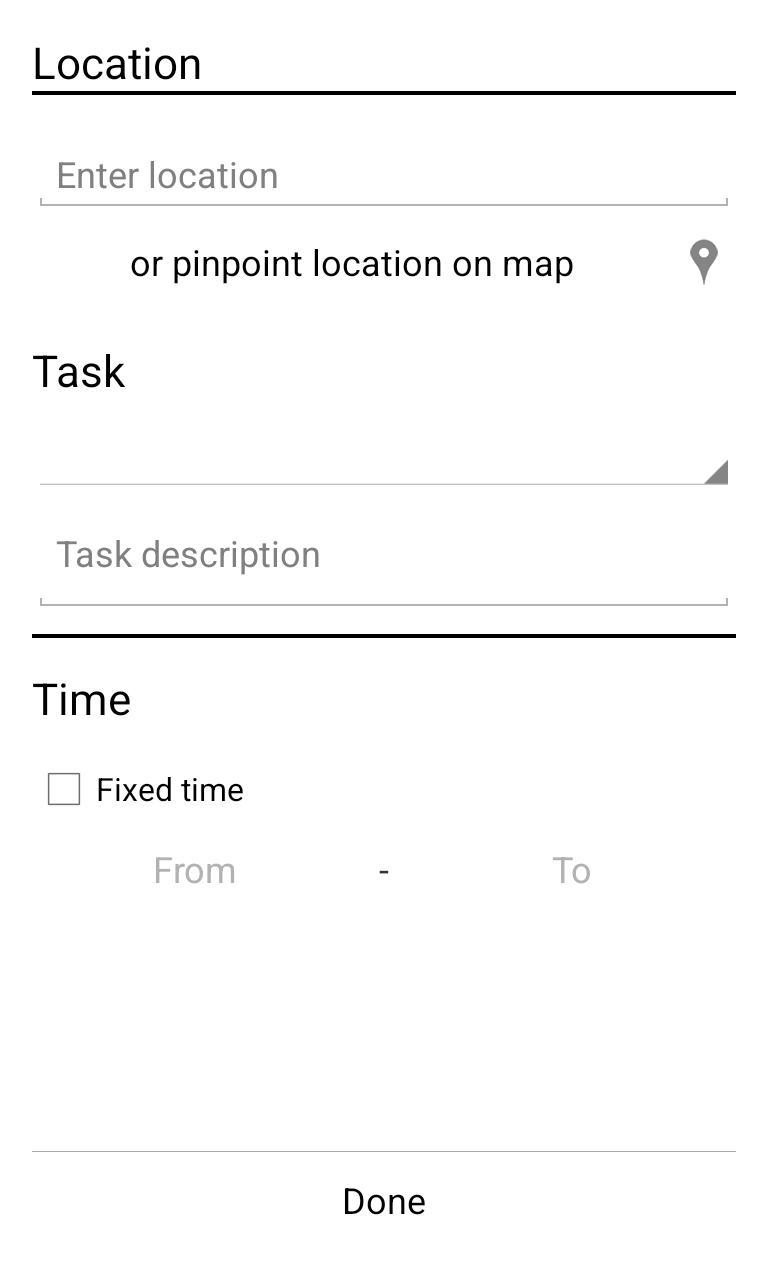
Repository: larserikstrand/IMT4904-Master
Layout: MTP/res/layout/activity_new_task.xml
An editor plug-in stored every save of this project. The layout is shown before and after the next save, followed by the edit.
It is drawn on a 768 x 1280 px phone screen (xhdpi) without system bars, with theme android:Theme.Holo.Light; the app's code is not run.

Above is the layout before, as saved 2014-02-10 21:02:46.

### MTP/res/layout/activity_new_task.xml
<LinearLayout xmlns:android="http://schemas.android.com/apk/res/android"
    xmlns:tools="http://schemas.android.com/tools"
    android:layout_width="match_parent"
    android:layout_height="match_parent"
    android:paddingBottom="@dimen/activity_vertical_margin"
    android:paddingLeft="@dimen/activity_horizontal_margin"
    android:paddingRight="@dimen/activity_horizontal_margin"
    android:paddingTop="@dimen/activity_vertical_margin"
    android:orientation="vertical"
    tools:context=".NewTaskActivity" >

    <ScrollView android:layout_width="match_parent"
        android:layout_height="0dp"
        android:layout_weight="1" >

    	<LinearLayout android:layout_width="match_parent"
        	android:layout_height="wrap_content"
        	android:orientation="vertical" >

        	<TextView
        		android:layout_width="wrap_content"
        		android:layout_height="wrap_content"
        		android:text="@string/location"
        		android:textAppearance="?android:attr/textAppearanceLarge" />

        	<View android:layout_width="match_parent"
        		android:layout_height="2dp"
        		android:layout_marginBottom="20dp"
        		android:background="@android:color/black" />

    		<EditText android:id="@+id/location_edit"
        		android:layout_width="match_parent"
        		android:layout_height="wrap_content"
        		android:hint="@string/location_hint" />

    		<Button android:id="@+id/location_button"
        		android:layout_width="match_parent"
        		android:layout_height="wrap_content"
        		android:background="?android:attr/selectableItemBackground"
        		android:text="@string/pinpoint"
        		android:drawableRight="@drawable/ic_location_place" />

    		<TextView
        		android:layout_width="wrap_content"
        		android:layout_height="wrap_content"
        		android:layout_marginTop="15dp"
        		android:layout_marginBottom="15dp"
        		android:text="@string/task"
        		android:textAppearance="?android:attr/textAppearanceLarge" />

    		<Spinner android:id="@+id/category_spinner"
        		android:layout_width="match_parent"
        		android:layout_height="wrap_content" />

    		<EditText android:id="@+id/description_edit"
        		android:layout_width="match_parent"
        		android:layout_height="wrap_content"
        		android:layout_marginBottom="10dp"
        		android:lines="2"
        		android:hint="@string/task_description_hint" />

    		<View android:layout_width="match_parent"
        		android:layout_height="2dp"
        		android:background="@android:color/black" />

    		<TextView
        		android:layout_width="wrap_content"
        		android:layout_height="wrap_content"
        		android:layout_marginTop="15dp"
        		android:layout_marginBottom="15dp"
        		android:text="@string/time"
        		android:textAppearance="?android:attr/textAppearanceLarge" />

    		<CheckBox android:id="@+id/fixed_time_check"
        		android:layout_width="match_parent"
        		android:layout_height="wrap_content"
        		android:text="@string/fixed_time" />

    		<LinearLayout android:id="@+id/time_layout"
        		android:layout_width="match_parent"
        		android:layout_height="wrap_content"
        		android:orientation="horizontal" >

        		<Button android:id="@+id/from_button"
            		android:layout_width="0dp"
            		android:layout_height="wrap_content"
            		android:layout_weight="1"
            		android:layout_marginRight="10dp"
            		android:background="?android:attr/selectableItemBackground"
            		android:text="@string/from"
            		android:enabled="false" />

        		<TextView android:layout_width="wrap_content"
            		android:layout_height="wrap_content"
            		android:text="@string/divider"
            		android:textSize="18sp" />

        		<Button android:id="@+id/to_button"
            		android:layout_width="0dp"
            		android:layout_height="wrap_content"
            		android:layout_weight="1"
            		android:layout_marginLeft="10dp"
            		android:background="?android:attr/selectableItemBackground"
            		android:text="@string/to"
            		android:enabled="false" />

    		</LinearLayout>

    	</LinearLayout>

    </ScrollView>

    <View android:layout_width="match_parent"
        android:layout_height="0.2dp"
        android:background="@android:color/darker_gray" />

    <Button android:id="@+id/done_button"
        android:layout_width="match_parent"
        android:layout_height="wrap_content"
        android:background="?android:attr/selectableItemBackground"
        android:text="@string/done" />

</LinearLayout>

### MTP/res/values/strings.xml
<?xml version="1.0" encoding="utf-8"?>
<resources>

    <!-- Titles -->
    <string name="app_name">MTP</string>
    <string name="title_activity_list">ListActivity</string>
    <string name="title_activity_new_task">New Task</string>
    <string name="title_activity_map">Map</string>

    <!-- Menu -->
    <string name="action_settings">Settings</string>
    <string name="action_about">About</string>

    <!-- General -->
    <string name="today">Today</string>
    <string name="week">Week</string>
    <string name="all_tasks">All Tasks</string>
    <string name="task">Task</string>
    <string name="new_task_list">New task list</string>
    <string name="new_task">New task</string>
    <string name="edit_list">Edit list</string>
    <string name="edit">Edit</string>
    <string name="delete">Delete</string>
    <string name="set_date">Set date</string>
    <string name="save">Save</string>
    <string name="done">Done</string>
    <string name="location">Location</string>
    <string name="location_hint">Enter location</string>
    <string name="pinpoint">or pinpoint location on map</string>
    <string name="task_description_hint">Task description</string>
    <string name="time">Time</string>
    <string name="fixed_time">Fixed time</string>
    <string name="from">From</string>
    <string name="to">To</string>
    <string name="divider">-</string>

    <!-- Messages/Alerts -->


    <!-- Arrays -->
    <string-array name="undergraduate_tasks_array">
        <item>Attend lecture</item>
        <item>Write report</item>
        <item>Do course exercises</item>
        <item>Meeting</item>
        <item>Group work</item>
    </string-array>

    <string-array name="postgraduate_tasks_array">
        <item>Write thesis</item>
        <item>Meeting</item>
    </string-array>

</resources>

Loaded but not shown: MTP/res/values/dimens.xml (common file)

After the next save:
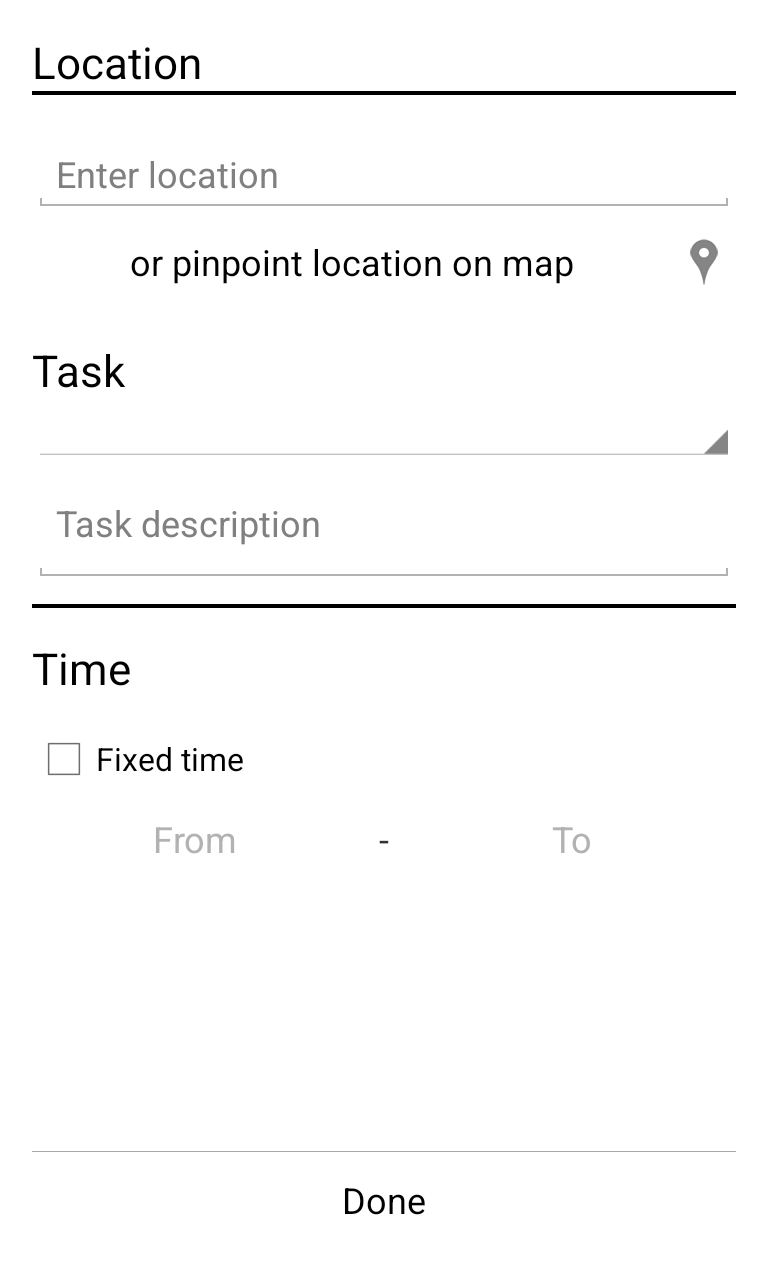
Saved 13 s later.
--- a/MTP/res/layout/activity_new_task.xml
+++ b/MTP/res/layout/activity_new_task.xml
@@ -44,7 +44,6 @@
         		android:layout_width="wrap_content"
         		android:layout_height="wrap_content"
         		android:layout_marginTop="15dp"
-        		android:layout_marginBottom="15dp"
         		android:text="@string/task"
         		android:textAppearance="?android:attr/textAppearanceLarge" />
 
